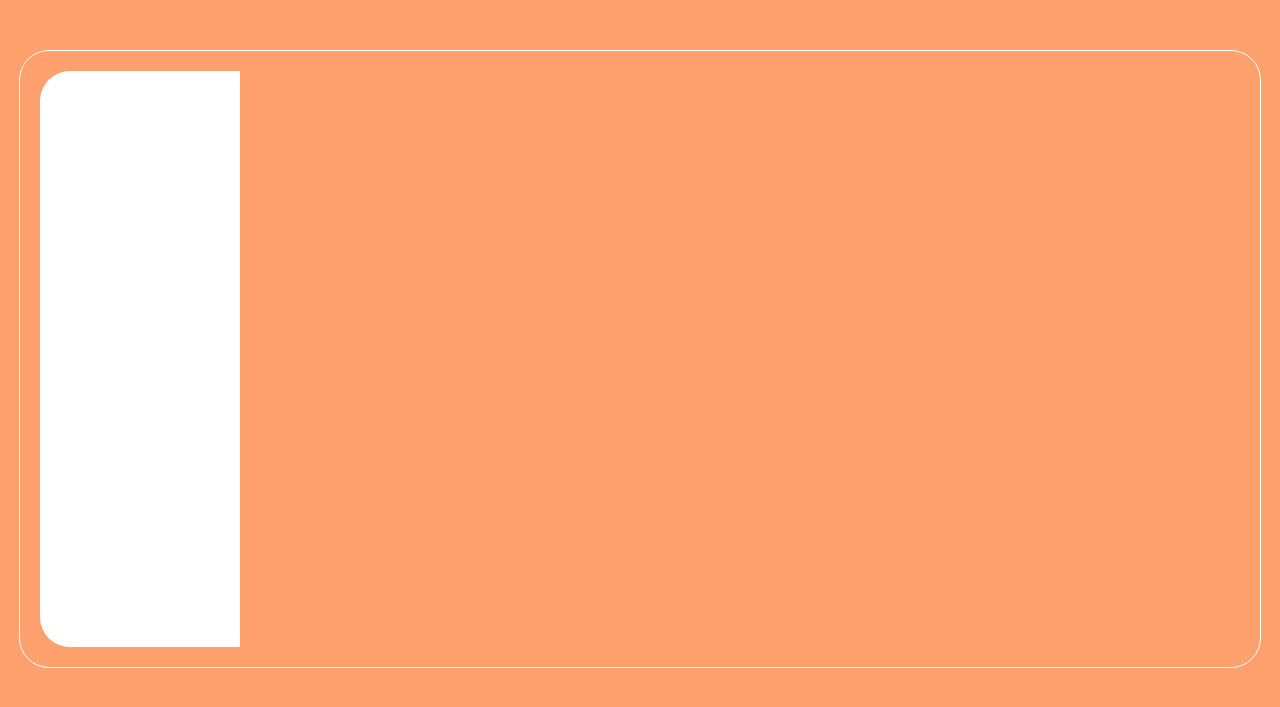
Repository: hnguyeng/tiemnhabo
Page: index.html
These files come from the project's save history. The page is drawn as it stood at one moment and after the next save; the edit follows.
The browser window is 1280 px wide. The pictures show the whole page.

Above is the page before, as saved 2022-12-13 00:40:27.

### index.html
<!DOCTYPE html>
<html lang="en">
<head>
    <meta charset="UTF-8">
    <meta http-equiv="X-UA-Compatible" content="IE=edge">
    <meta name="viewport" content="width=device-width, initial-scale=1.0">
    <title>Document</title>
    <link rel="stylesheet" href="./style.css">
    <link rel="stylesheet" href="https://cdnjs.cloudflare.com/ajax/libs/font-awesome/6.2.1/css/all.min.css">
</head>
<body>
    <div class="container">
        <div class="menu"></div>
        <div class="center"></div>
        <div class="cart"></div>
    </div>
</body>
</html>

### style.css
 @import url('https://fonts.googleapis.com/css2?family=Roboto&display=swap');
 :root{
    --white: #fff;
    --light: #eeeded;
    --orange: #FFA16C;
 }
 body {
    background-color: var(--orange);
    font-family: system-ui;
    overflow: hidden;
 }
 .container{
    width: 1200px;
    border: 1px solid var(--white);
    max-width: 100%;
    margin: 50px auto 0;
    display: grid;
    grid-template-columns: 200px auto 300px;
    padding: 20px;
    border-radius: 30px;
    min-height: 80vh;
 }
 .container .menu{
    background-color: var(--white);
    border-top-left-radius: 30px;
    border-bottom-left-radius: 30px;
 }

After the next save:
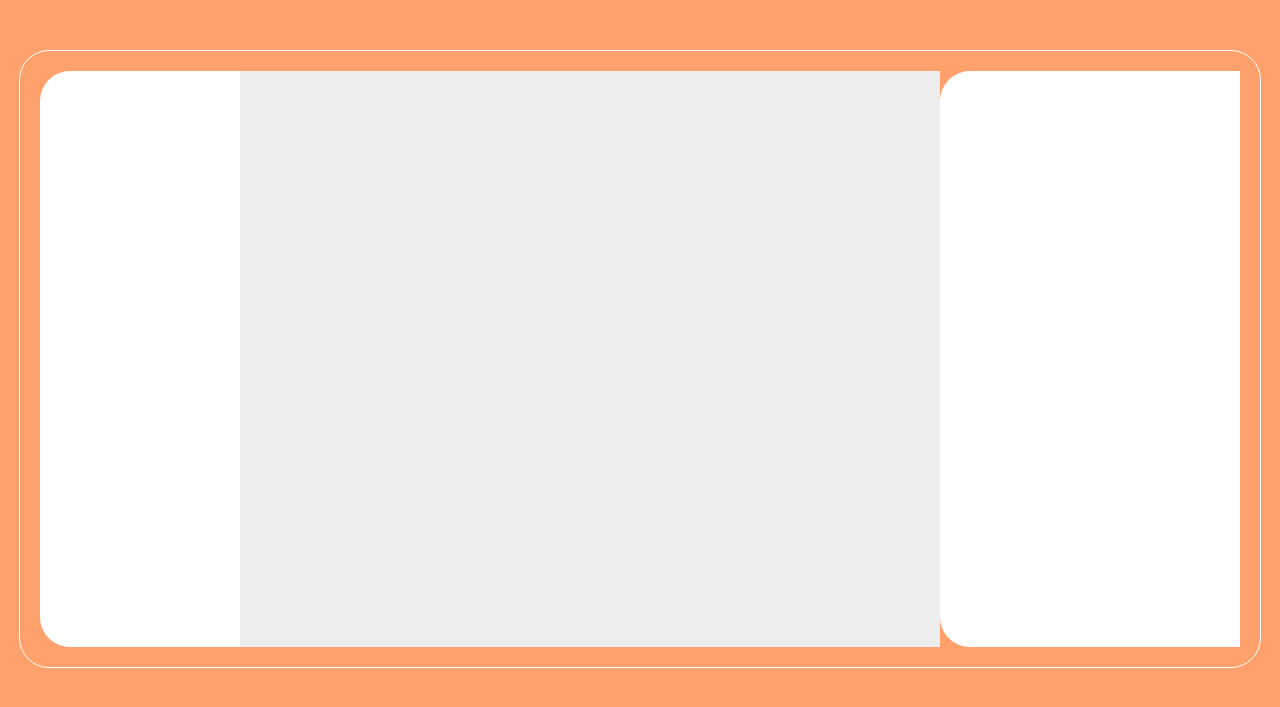
Saved 4 min 17 s later.
--- a/style.css
+++ b/style.css
@@ -25,3 +25,13 @@
     border-top-left-radius: 30px;
     border-bottom-left-radius: 30px;
  }
+ .container .cart{
+    background-color: var(--white);
+    border-top-left-radius: 30px;
+    border-bottom-left-radius: 30px;
+ }
+ .container .center{
+    background-color: var(--light);
+    border-left: 1px solid var(--light);
+    border-right: 1px solid var(--light);
+ }
